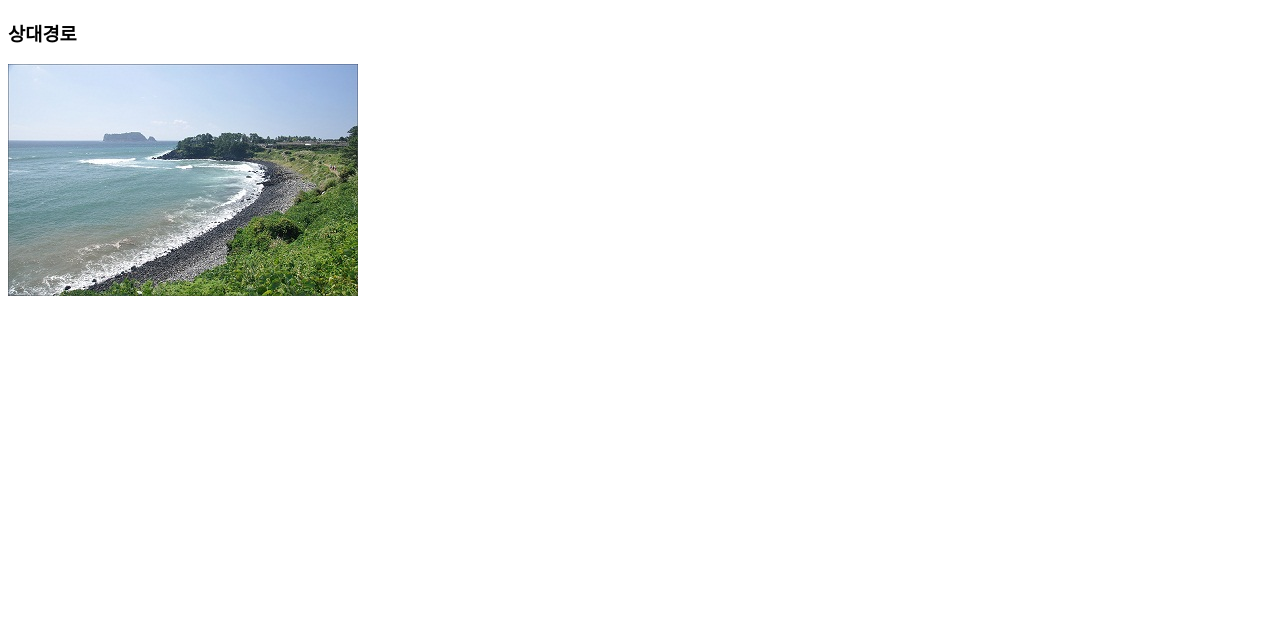
Repository: Cheol-Cheol/KOSA
Page: Kcc_web/Html/WebContent/1/image2.html
These files come from the project's save history. The page is drawn as it stood at one moment and after the next save; the edit follows.
The browser window is 1280 px wide. The pictures show the whole page.

Above is the page before, as saved 2024-07-08 03:14:46.

### Kcc_web/Html/WebContent/1/image2.html
<!DOCTYPE html>
<html>
<head>
<meta charset="UTF-8">
<title>Insert title here</title>
</head>
<body>
	<h3>상대경로</h3>
	<img src="../images/road1.jpg" alt="" />
</body>
</html>

After the next save:
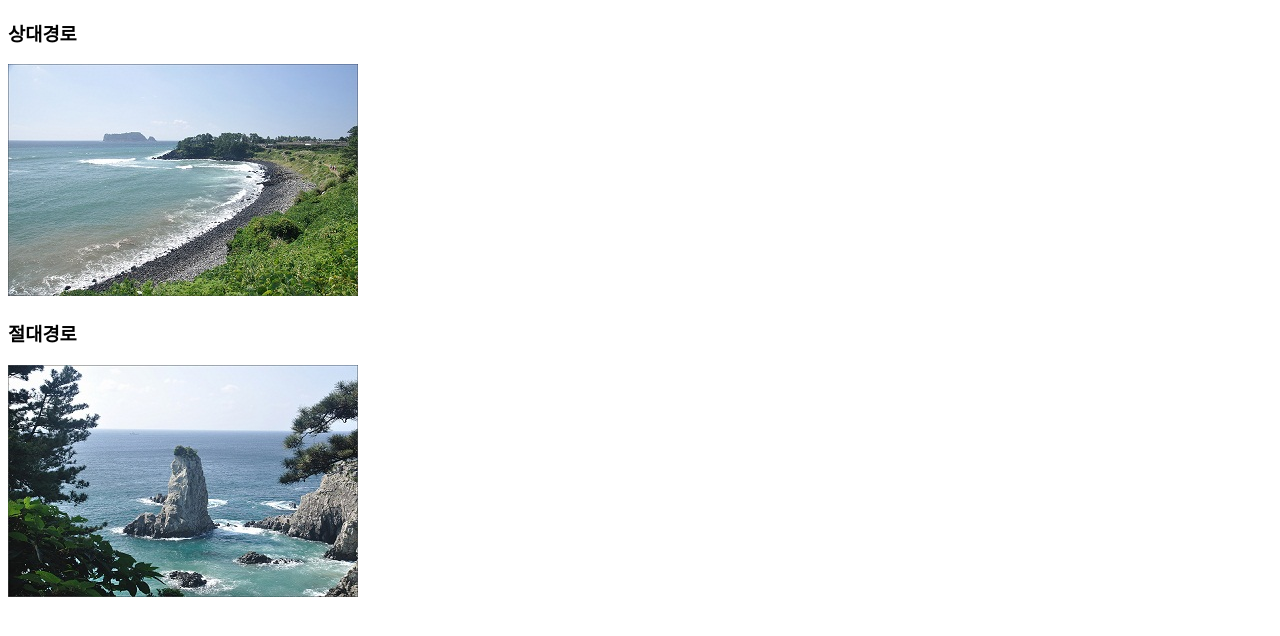
Saved 28 s later.
--- a/Kcc_web/Html/WebContent/1/image2.html
+++ b/Kcc_web/Html/WebContent/1/image2.html
@@ -7,5 +7,8 @@
 <body>
 	<h3>상대경로</h3>
 	<img src="../images/road1.jpg" alt="" />
+
+	<h3>절대경로</h3>
+	<img src="/1/images/road2.jpg" alt="" />
 </body>
 </html>
